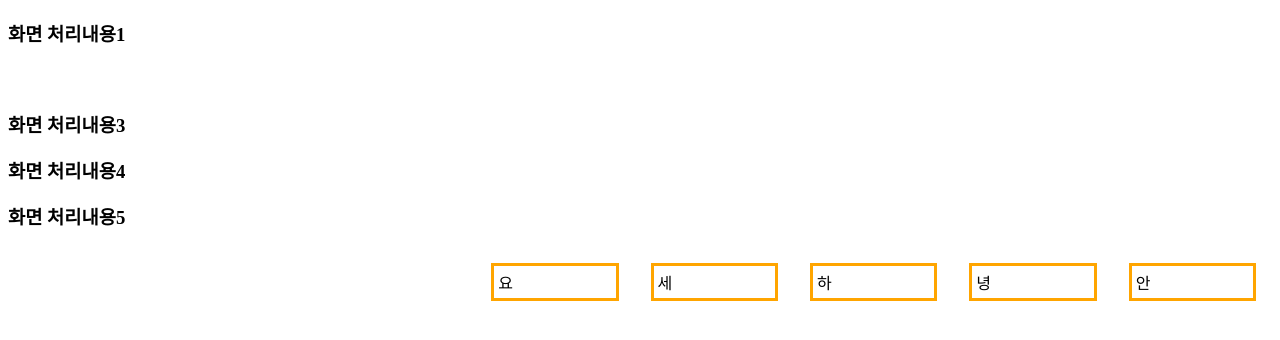
Repository: buildadoor/eclipse
Page: frontWeb/src/main/webapp/a05_cssHigh/a07_float.html
These files come from the project's save history. The page is drawn as it stood at one moment and after the next save; the edit follows.
The browser window is 1280 px wide. The pictures show the whole page.

Above is the page before, as saved 2022-11-10 02:46:09.

### frontWeb/src/main/webapp/a05_cssHigh/a07_float.html
<!DOCTYPE html>
<html>
<head>
<meta charset="UTF-8">
<title>Insert title here</title>
<style type="text/css">
/*
	ex)a07_float설정으로 새로운 페이지를 만들어
	안녕하세요 각각 문자 div를 만들어
	float옵션을 통해 반대로 나오게 처리하세요.
	==>요세하녕안
*/
	div{
		float:right;
		border:3px solid orange;
		width:3cm;
		padding:0.25em;
		margin:1em;

	}
/*
# 화면에서 보이지 않게 처리
1. visibility:hidden
*/
	h3.cls01{
		visibility:hidden;
	}
	h3.cls02{
		display: none;
	}
</style>
</head>
<body>
	<h3>화면 처리내용1</h3>
	<h3 class="cls01">화면 처리내용2</h3>
	<h3>화면 처리내용3</h3>
	<h3 class="clas02">화면 처리내용4</h3>
	<h3>화면 처리내용5</h3>

	<div>안</div>
	<div>녕</div>
	<div>하</div>
	<div>세</div>
	<div>요</div>
</body>
</html>

After the next save:
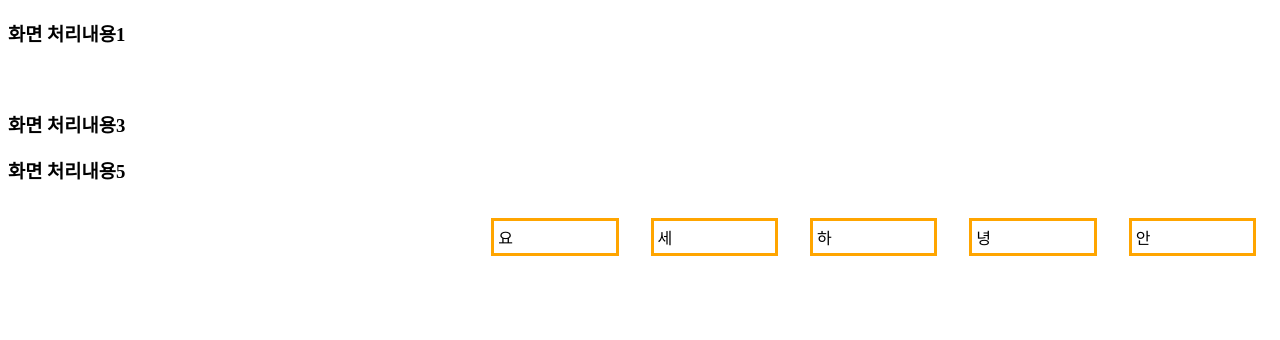
Saved 23 s later.
--- a/frontWeb/src/main/webapp/a05_cssHigh/a07_float.html
+++ b/frontWeb/src/main/webapp/a05_cssHigh/a07_float.html
@@ -34,7 +34,7 @@
 	<h3>화면 처리내용1</h3>
 	<h3 class="cls01">화면 처리내용2</h3>
 	<h3>화면 처리내용3</h3>
-	<h3 class="clas02">화면 처리내용4</h3>
+	<h3 class="cls02">화면 처리내용4</h3>
 	<h3>화면 처리내용5</h3>
 
 	<div>안</div>
